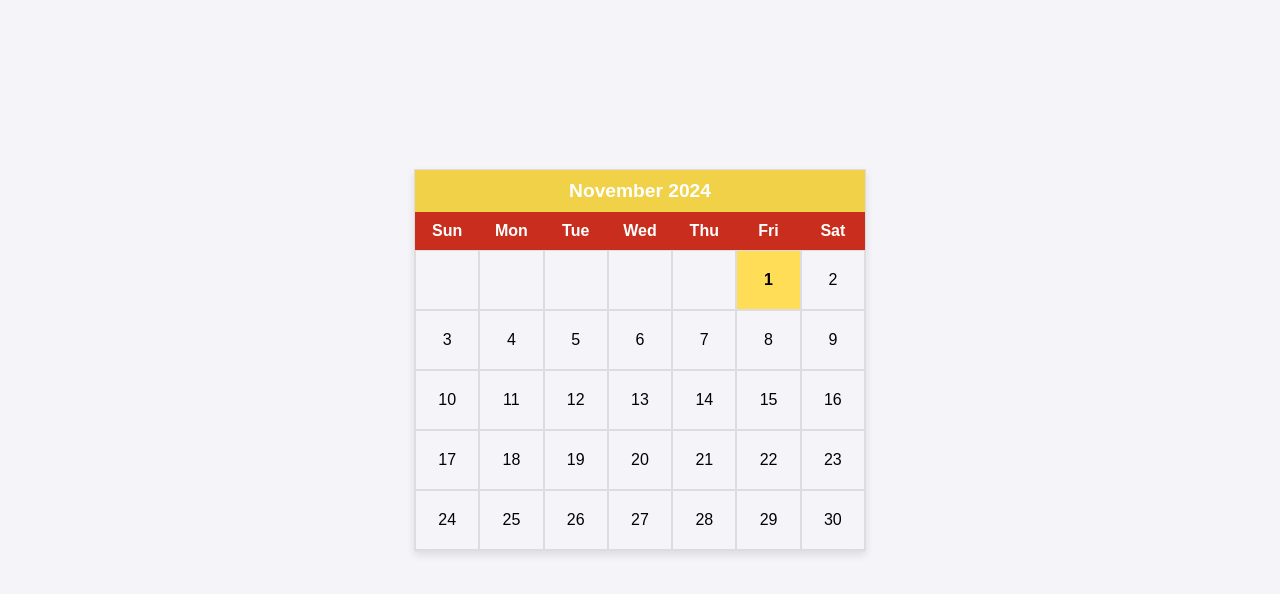
Repository: carrascokarencb37-afk/Nuura
Page: html/calendario.html
The author's editor kept a copy of each file at every save. The page is drawn from the files as they stood at one save, then again after the next save.
The browser window is 1280 px wide. The pictures show the whole page.

Above is the page before, as saved 2026-05-28 23:23:52.

After the next save:
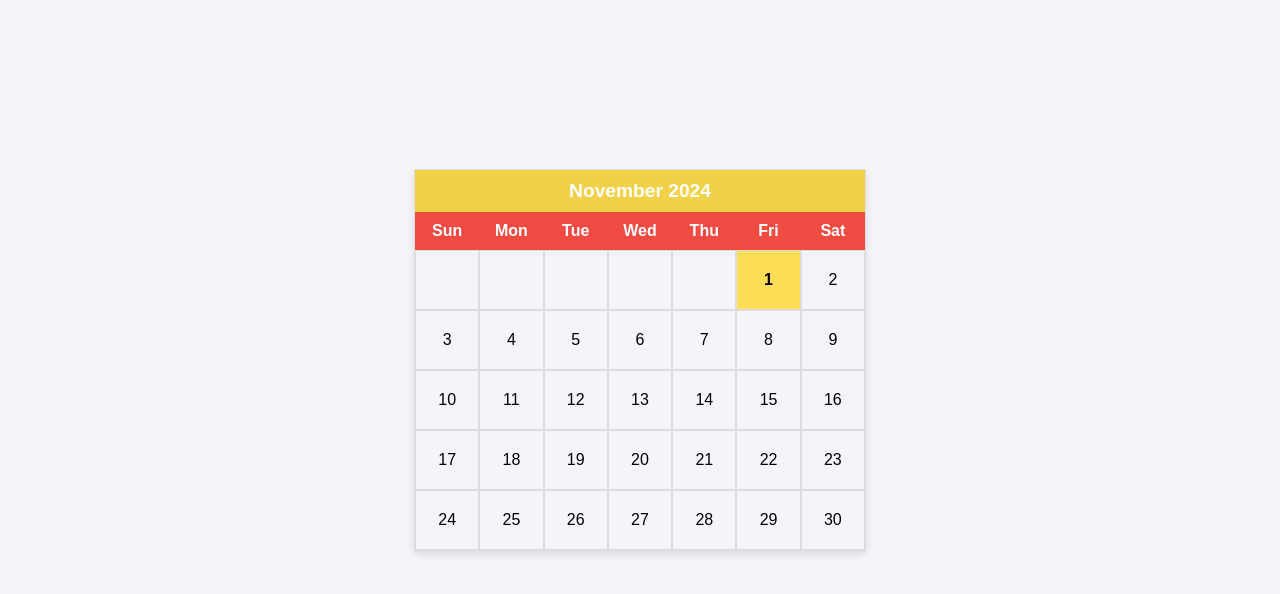
Saved 7 s later.
--- a/css/cale.css
+++ b/css/cale.css
@@ -31,7 +31,7 @@
         .calendar-days {
             display: grid;
             grid-template-columns: repeat(7, 1fr);
-            background-color: #c82d1e;
+            background-color: #f04b42;
             color: white;
         }
 
